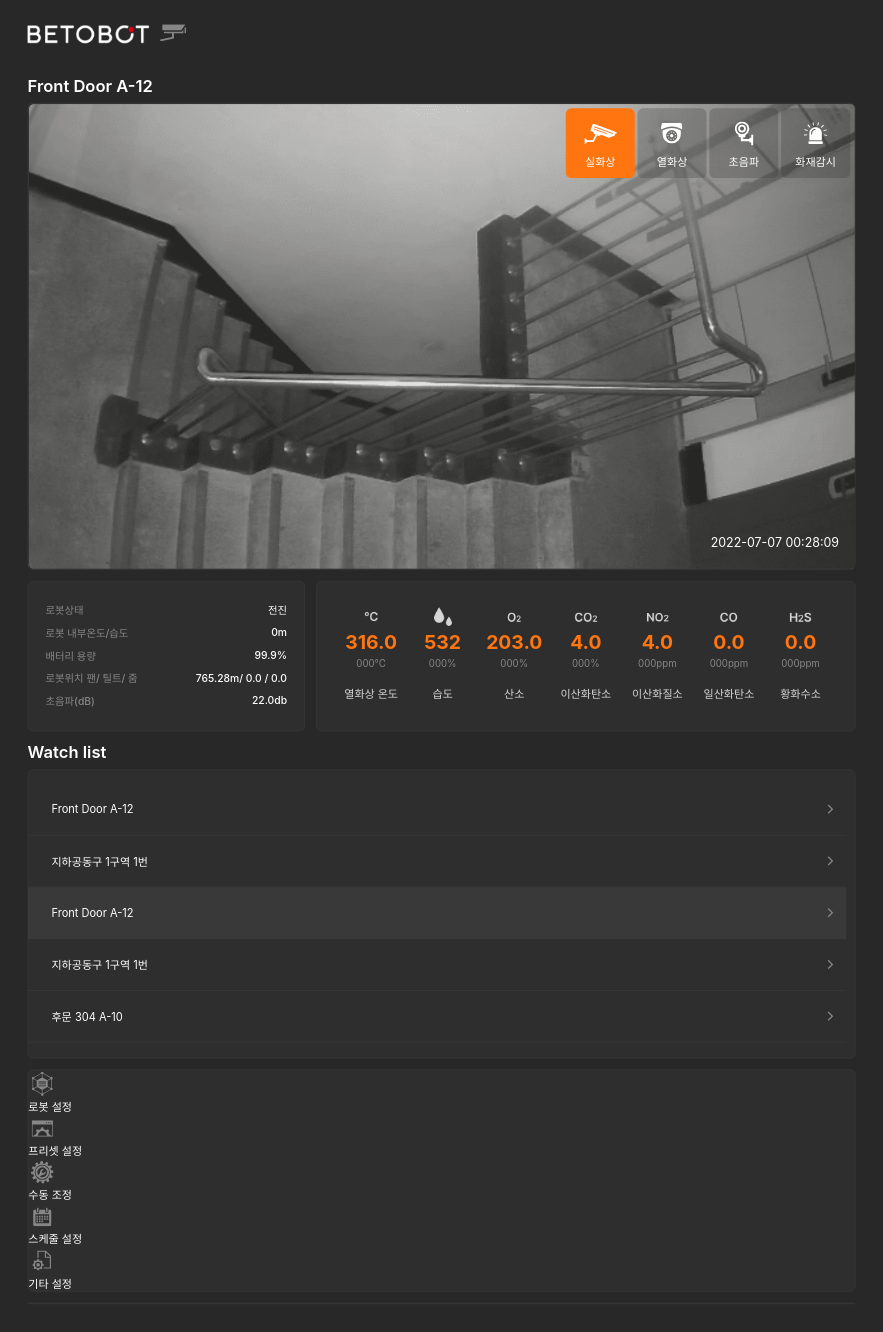
Repository: jang0ha/betobot
Page: content/main/main.html
These files come from the project's save history. The page is drawn as it stood at one moment and after the next save; the edit follows.
The browser window is 1280 px wide. The pictures show the whole page, at 69% of full size.
An inner scrolling area shows only its first screen. Some web fonts or font styles are not loaded; a fallback is used. The style sheet was rebuilt from its Sass, Less or Tailwind sources for each picture, by a compiler version that may differ from the author's.

Above is the page before, as saved 2022-07-13 10:22:41.

### content/main/main.html
<!DOCTYPE html>
<html lang="en">

<head>
    <meta charset="UTF-8">
    <meta http-equiv="X-UA-Compatible" content="IE=edge">
    <meta name="viewport" content="width=device-width, initial-scale=1.0">
    <meta name="viewport" content="width=device-width, user-scalable=no, initial-scale=1.0">
    <meta name="format-detection" content="telephone=no">
    <title>BETOBOT</title>

    <!-- 스타일 css -->
    <link rel="stylesheet" href="/resources/css/style.css">



    <!-- 제이쿼리 js -->
    <script src="/resources/js/jquery/jquery.min.js"></script>
    <script src="/resources/lib/jquery-ui/jquery-ui.min.js"></script>

    <!-- gsap -->
    <script src="/resources/lib/gsap/gsap.min.js"></script>
</head>
<body id="main">
    <div id="wrap">
        <!-- 헤더 -->
        <div id="header-block">
            <header>
                <div class="container">
                    <div class="header-wrap">
                        <a href="/content/main/main.html" class="logo-wrap">
                            <img src="../../resources/images/icon-logo.png" alt="BETOBOT 로고 이미지" class="logo">
                            <img src="../../resources/images/icon-camera.svg" alt="로고 카메라 이미지" class="logo-camera">
                        </a>
                    </div>
                </div>
            </header>
        </div>

        <!-- 컨텐츠 -->
        <div id="content-block">
            <main id="content" role="main">
                <div class="container">
                    <div class="row-wrap">
                        <!-- 왼쪽 시작-->
                        <div class="left-container">
                            <div class="title">Front Door A-12</div>
                            <div class="row-wrap">
                                <div class="front-list-wrap card" style="background-image:url('../../resources/images/@sample-front-img.png')">
                                    <div class="front-btn-wrap">
                                        <ul>
                                            <li>
                                                <a href="javascript:;"  class="active">
                                                    <i class="icon-front-camera"></i>
                                                    <p>실화상</p>
                                                </a>
                                            </li>
                                            <li>
                                                <a href="javascript:;" >
                                                    <i class="icon-front-temper"></i>
                                                    <p>열화상</p>
                                                </a>
                                            </li>
                                            <li>
                                                <a href="javascript:;">
                                                    <i class="icon-front-wave"></i>
                                                    <p>초음파</p>
                                                </a>
                                            </li>
                                            <li>
                                                <a href="javascript:;">
                                                    <i class="icon-front-fire"></i>
                                                    <p>화재감시</p>
                                                </a>
                                            </li>
                                        </ul>
                                    </div>

                                    <div class="front-date-wrap">
                                        2022-07-07 00:28:09
                                    </div>
                                </div>

                                <div class="row-wrap">
                                    <div class="robot-information-wrap card">
                                        <ul>
                                            <li>
                                                <span class="index">로봇상태</span>
                                                <span class="index-information">전진</span>
                                            </li>
                                            <li>
                                                <span class="index">로봇 내부온도/습도</span>
                                                <span class="index-information">0m</span>
                                            </li>
                                            <li>
                                                <span class="index">배터리 용량</span>
                                                <span class="index-information">99.9%</span>
                                            </li>
                                            <li>
                                                <span class="index">로봇위치 팬/ 틸트/ 줌</span>
                                                <span class="index-information">765.28m/ 0.0 / 0.0</span>
                                            </li>
                                            <li>
                                                <span class="index">초음파(dB)</span>
                                                <span class="index-information">22.0db</span>
                                            </li>
                                        </ul>
                                    </div>
                                    <div class="sensor-information-wrap card">
                                        <ul>
                                            <li>
                                                <i class="icon-info-temper"></i>
                                                <strong>316.0</strong>
                                                <small>000℃</small>
                                                <p class="name">열화상 온도</p>
                                            </li>
                                            <li>
                                                <i class="icon-info-humidity"></i>
                                                <strong>532</strong>
                                                <small>000%</small>
                                                <p class="name">습도</p>
                                            </li>
                                            <li>
                                                <i class="icon-info-o2"></i>
                                                <strong>203.0</strong>
                                                <small>000%</small>
                                                <p class="name">산소</p>
                                            </li>
                                            <li>
                                                <i class="icon-info-co2"></i>
                                                <strong>4.0</strong>
                                                <small>000%</small>
                                                <p class="name">이산화탄소</p>
                                            </li>
                                            <li>
                                                <i class="icon-info-no2"></i>
                                                <strong>4.0</strong>
                                                <small>000ppm</small>
                                                <p class="name">이산화질소</p>
                                            </li>
                                            <li>
                                                <i class="icon-info-co"></i>
                                                <strong>0.0</strong>
                                                <small>000ppm</small>
                                                <p class="name">일산화탄소</p>
                                            </li>
                                            <li>
                                                <i class="icon-info-h2s"></i>
                                                <strong>0.0</strong>
                                                <small>000ppm</small>
                                                <p class="name">황화수소</p>
                                            </li>
                                        </ul>
                                    </div>
                                </div>
                            </div>
                        </div>
                        <!-- 왼쪽 끝 -->

                        <!-- 오른쪽 시작  -->
                        <div class="right-container">
                            <div class="title">Watch list</div>
                            <div class="row-wrap">
                                <div class="watch-list-wrap card">
                                    <ul>
                                        <li><a href=""><div><span>Front Door A-12</span><i class="icon-arrow-right"></i></div></a></li>
                                        <li><a href=""><div><span>지하공동구 1구역 1번</span><i class="icon-arrow-right"></i></div></a></li>
                                        <li><a href="" class="active"><div><span>Front Door A-12</span><i class="icon-arrow-right"></i></div></a></li>
                                        <li><a href=""><div><span>지하공동구 1구역 1번</span><i class="icon-arrow-right"></i></div></a></li>
                                        <li><a href=""><div><span>후문 304 A-10</span><i class="icon-arrow-right"></i></div></a></li>
                                        <li><a href=""><div><span>후문 304 A-10</span><i class="icon-arrow-right"></i></div></a></li>
                                    </ul>
                                </div>
                                <div class="watch-list-btn-wrap card">
                                    <ul>
                                        <li>
                                            <a href="">
                                                <i class="icon-menu-robot"></i>
                                                <p>로봇 설정</p>
                                            </a>
                                        </li>
                                        <li>
                                            <a href="" class="active">
                                                <i class="icon-menu-preset"></i>
                                                <p>프리셋 설정</p>
                                            </a>
                                        </li>
                                        <li>
                                            <a href="">
                                                <i class="icon-menu-handwork"></i>
                                                <p>수동 조정</p>
                                            </a>
                                        </li>
                                        <li>
                                            <a href="">
                                                <i class="icon-menu-schedule"></i>
                                                <p>스케줄 설정</p>
                                            </a>
                                        </li>
                                        <li>
                                            <a href="">
                                                <i class="icon-menu-etc"></i>
                                                <p>기타 설정</p>
                                            </a>
                                        </li>
                                    </ul>
                                </div>
                                <div class="watch-map card">

                                </div>
                            </div>
                        </div>
                        <!-- 오른쪽 끝 -->
                    </div>
                </div>
            </main>
        </div>


        <!-- 푸터 -->
        <!-- <div id="footer-block">
            <footer>
            </footer>
        </div> -->
    </div>

    <!-- ui.js  -->
    <!-- <script src="/resources/js/ui.js"></script> -->

    <script>

    </script>
</body>

</html>

### resources/scss/style.scss
@import url('https://cdn.jsdelivr.net/gh/orioncactus/pretendard/dist/web/static/pretendard-dynamic-subset.css');

* {
    padding: 0;
    margin: 0;
}

html,body{
    margin:0;padding:0; width:100%; height:100%;
    font-family: 'Pretendard', -apple-system, BlinkMacSystemFont, system-ui, Roboto, 'Helvetica Neue', 'Segoe UI', 'Apple SD Gothic Neo', 'Noto Sans KR', 'Malgun Gothic', sans-serif;
    background:#282828;
    color:#fff;

    scrollbar-face-color: transparent;
	scrollbar-track-color: transparent;
	scrollbar-arrow-color: #fff;
	scrollbar-3dlight-color: none;
	scrollbar-shadow-color: #fff;
	scrollbar-darkshadow-color: none;
    scrollbar-color: #fff transparent;
    scrollbar-width: auto;
}
::-webkit-scrollbar{
	width: 8px;
	height: 8px;
	background-color: transparent;
}
::-webkit-scrollbar-track{
	border-radius: 0;
	background-color: transparent;
}
::-webkit-scrollbar-thumb{
	border-radius: 8px;
	background-color: #fff;
}
::-webkit-scrollbar-button {
    width: 0;
    height: 0;
}

ul,ol{
    list-style: none;
}
a{text-decoration: none; display: block; color:#fff;}

.container{
    width: calc(100% - 80px);
    padding:0 40px;
}


// 이미지
[class^=icon-]{display: inline-block;vertical-align: middle;background-repeat: no-repeat;background-position: 50% 50%; background-size: contain;}
[class^=icon-front-]{width:50px; height:50px;}
[class^=icon-info-]{width:34px; height:34px;}
[class^=icon-menu-]{width:40px; height:40px;}

.icon-front-camera{background-image: url('../images/icon-front-camera.svg');}
.icon-front-temper{background-image: url('../images/icon-front-temper.svg');}
.icon-front-wave{background-image: url('../images/icon-front-wave.svg');}
.icon-front-fire{background-image: url('../images/icon-front-fire.svg');}

.icon-info-temper{background-image: url('../images/icon-info-temper.png');}
.icon-info-humidity{background-image: url('../images/icon-info-humidity.png');}
.icon-info-o2{background-image: url('../images/icon-info-o2.png');}
.icon-info-co2{background-image: url('../images/icon-info-co2.png');}
.icon-info-no2{background-image: url('../images/icon-info-no2.png');}
.icon-info-co{background-image: url('../images/icon-info-co.png');}
.icon-info-h2s{background-image: url('../images/icon-info-h2s.png');}

.icon-menu-robot{background-image: url('../images/icon-menu-robot.svg');}
.icon-menu-preset{background-image: url('../images/icon-menu-preset.svg');}
.icon-menu-handwork{background-image: url('../images/icon-menu-handwork.svg');}
.icon-menu-schedule{background-image: url('../images/icon-menu-schedule.svg');}
.icon-menu-etc{background-image: url('../images/icon-menu-etc.svg');}

.icon-arrow-right{background-image: url('../images/icon-arrow-right.svg'); width: 26px; height: 26px;}


// 헤더
#header-block{
    padding:35px 0 5px 0;
    .logo-wrap{
        display: flex;
        align-items: flex-start;
        .logo{
            width: 176px;
            margin-right: 16px;
        }
    }
}

// 컨텐트
#content{
    padding:40px 0;
}

// 공통 시작
.row-wrap{
    display: flex;
    gap: 16px;
    flex-wrap: wrap;
    width: 100%;

}

.card{
    border-radius: 8px;
    border: solid 1px #393939;
    background-color: #2e2e2e;
    width: 100%;
}

.title{
    font-size: 24px;
    font-weight: 600;
    margin-bottom: 10px;
}

// 공통 끝

.left-container{
    flex:0 0 1200px;
}
.right-container{
    flex:1 0 0%;
    flex-direction: column;

}

.front-list-wrap{
    position: relative;
    width: 100%;
    height: 675px;
    .front-btn-wrap{
        position: absolute;
        right: 7px;
        top: 7px;
    }
    .front-date-wrap{
        position: absolute;
        right: 23px;
        bottom: 28px;
        font-size: 18px;
    }
    ul{
        display: grid;
        grid-template-columns: 1fr 1fr 1fr 1fr;
        gap: 4px;
        li{
            width: 100px;
            height:100px;
            a{
                display: flex;
                flex-direction: column;
                align-items: center;
                justify-content: center;
                padding:10px 0 13px 0;
                background-color: #2e2e2e40;
                border-radius: 8px;
                p{
                    margin-top: 4px;
                }
                &.active{
                    background-color: #ff7510;
                }
            }
        }
    }
}

.robot-information-wrap{
    flex: 0 0 350px;
    width: 350px;
    padding: 30px 25px 33px 25px;
    li{
        display: flex;
        justify-content: space-between;
        align-items: center;
        span{
            font-size: 15px;
            font-weight: 500;
        }
        .index{
            color: #868686;
        }

        & + li{
            margin-top: 12px;
        }
    }
}

.sensor-information-wrap{
    flex: 1 0 0%;
    padding:34px 27px;
    ul{
        display: grid;
        grid-template-columns: 1fr 1fr 1fr 1fr 1fr 1fr 1fr;
        li{
            display: flex;
            flex-direction: column;
            align-items: center;
            justify-content: center;
            strong{
                font-size: 28px;
                font-weight: bold;
                color: #ff7510;
                margin-top: 3px;
            }
            small{
                margin-top: 4px;
                font-size: 14px;
                color: #868686;
            }
            .name{
                font-size: 16px;
                font-weight: 500;
                color: #d6d6d6;
                margin-top: 24px;
            }
        }
    }
}

.watch-list-wrap{
    ul{
        margin-right: 3px;
        padding-top: 20px;
        padding-right: 9px;
        overflow-y: auto;
        height: 397px;
        li{
            a{
                display: block;
                div{
                    border-bottom:1px solid #393939;
                    display: flex;
                    align-items: center;
                    justify-content: space-between;

                    padding:24px 10px 24px 34px;
                }
                &.active{
                    background-color: #393939;
                }
            }
        }
    }
}

Loaded but not shown: resources/js/jquery/jquery.min.js (library); resources/lib/jquery-ui/jquery-ui.min.js (library); resources/lib/gsap/gsap.min.js (library)

After the next save:
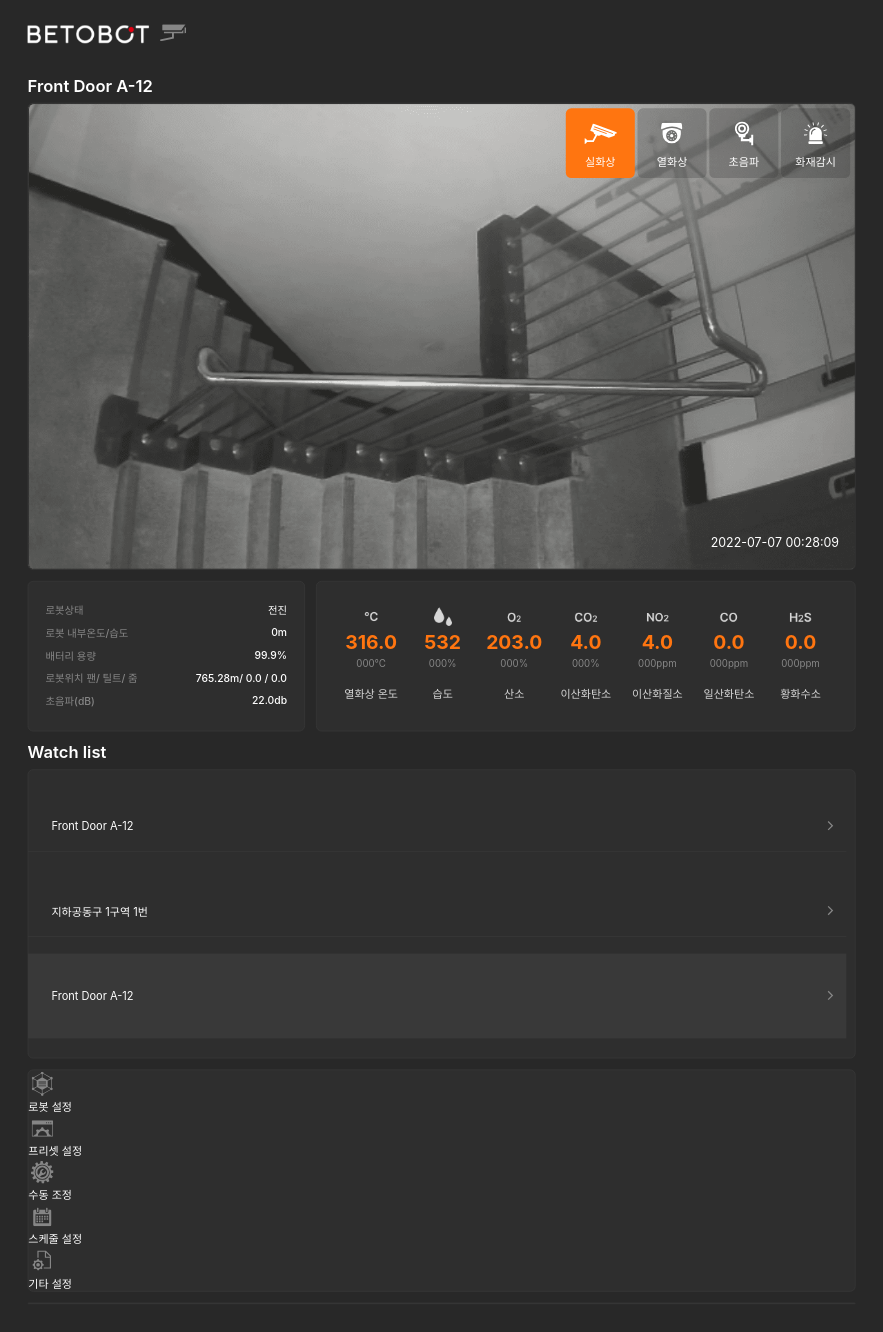
Saved 32 s later.
--- a/resources/scss/style.scss
+++ b/resources/scss/style.scss
@@ -232,6 +232,7 @@
         height: 397px;
         li{
             a{
+                padding:24px 0;
                 display: block;
                 div{
                     border-bottom:1px solid #393939;

After the save that followed:
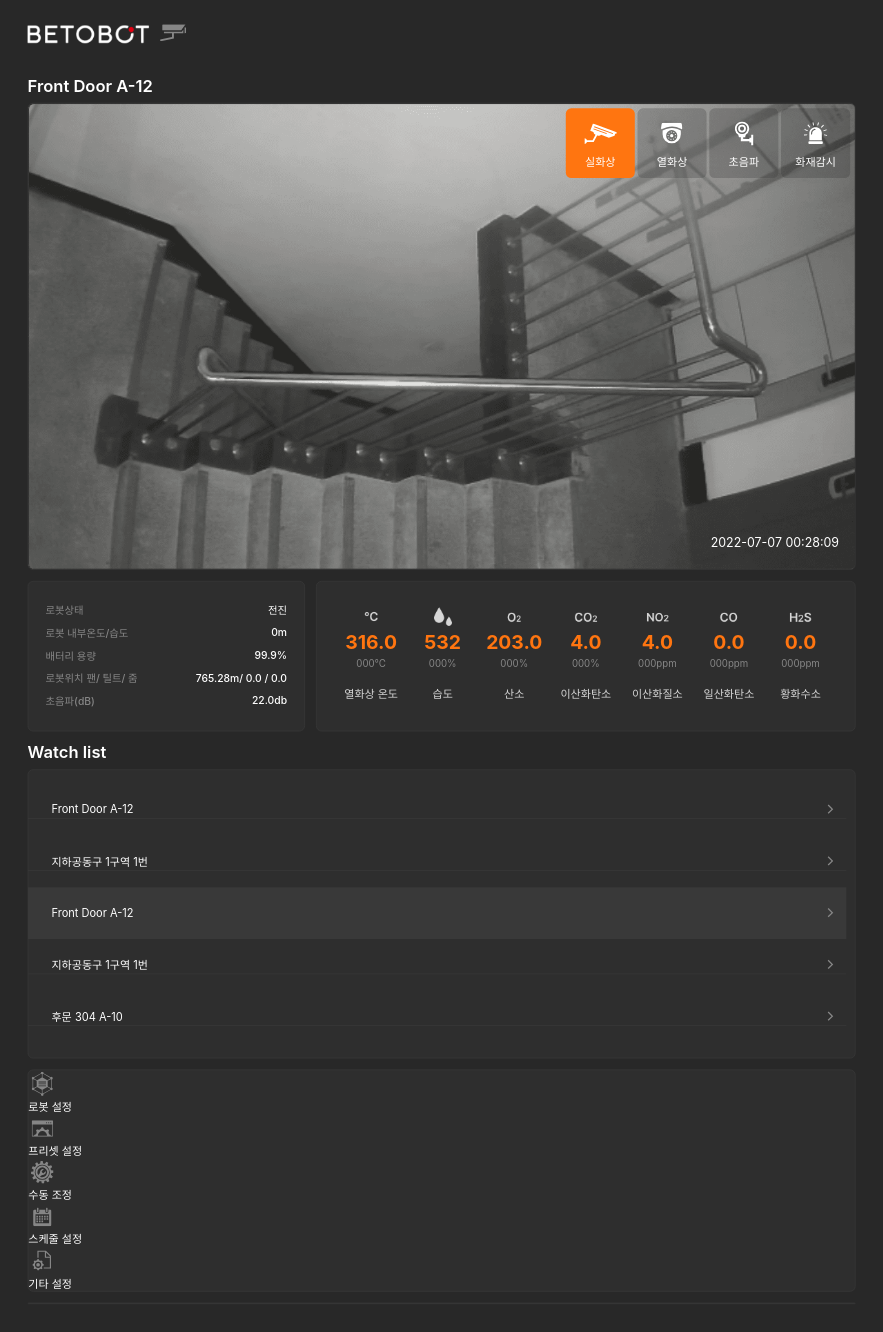
Saved 13 s later.
--- a/resources/scss/style.scss
+++ b/resources/scss/style.scss
@@ -239,8 +239,7 @@
                     display: flex;
                     align-items: center;
                     justify-content: space-between;
-
-                    padding:24px 10px 24px 34px;
+                    padding:0 10px 0 34px;
                 }
                 &.active{
                     background-color: #393939;
